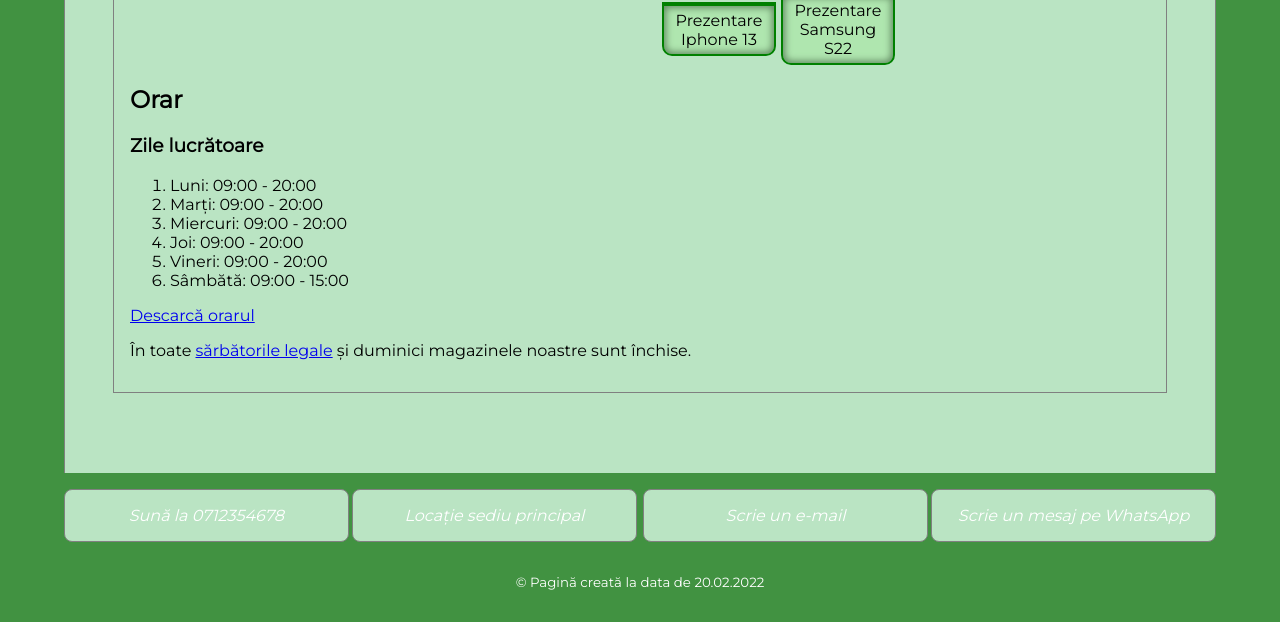
Repository: alexbanilean/Proiect-TW---ElectroHub
Page: index.html
These files come from the project's save history. The page is drawn as it stood at one moment and after the next save; the edit follows.
The browser window is 1280 px wide. The pictures show the part of the page from y = 3956 to 4578 px (the page is 4578 px tall before and 4559 px after).

Above is the page before, as saved 2022-03-06 19:27:13.

### index.html
<!DOCTYPE html>
<html lang="ro">
    <head>

        <meta charset="utf-8">
        <meta name="description" content="Universul electronicelor și electrocasnicelor la cele mai bune prețuri.">
        <meta name="keywords" content="electronice, electrocasnice, telefoane, tablete, jocuri, televizoare, smartphone">
        <meta name="author" content="Alexandru Bănilean">

        <title>ElectroHub</title>

        <link rel="apple-touch-icon" sizes="180x180" href="./resurse/ico/apple-touch-icon.png">
        <link rel="icon" type="image/png" sizes="32x32" href="./resurse/ico/favicon-32x32.png">
        <link rel="icon" type="image/png" sizes="16x16" href="./resurse/ico/favicon-16x16.png">
        <link rel="manifest" href="./resurse/ico/site.webmanifest">
        <link rel="mask-icon" href="./resurse/ico/safari-pinned-tab.svg" color="#5bbad5">
        <link rel="shortcut icon" href="./resurse/ico/favicon.ico">
        <meta name="msapplication-TileColor" content="#da532c">
        <meta name="msapplication-config" content="./resurse/ico/browserconfig.xml">
        <meta name="theme-color" content="#ffffff">

        <link rel="stylesheet" href="./resurse/css/general.css" type="text/css"/>
        <link rel="stylesheet" href="./resurse/css/general-1200.css" type="text/css" media="screen and (max-width:1200px)"/>
        <link rel="stylesheet" href="./resurse/css/general-500.css" type="text/css" media="screen and (max-width:500px)"/>
        <link rel="stylesheet" href="./resurse/css/nav.css" type="text/css"/>
        <link rel="stylesheet" href="./resurse/css/nav-500.css" type="text/css" media="screen and (max-width:500px)"/>

        <link rel="stylesheet" href="https://use.fontawesome.com/releases/v6.0.0/css/all.css">
        <link rel="preconnect" href="https://fonts.gstatic.com">
        <link href="https://fonts.googleapis.com/css?family=Montserrat" rel="stylesheet"/>

    </head>
    <body>
        <header>
            <h1>ElectroHub</h1>
        </header>

        <nav>

            <label id="hamburger" for="ch-menu">
                <img src="./resurse/imagini/hamburger_icon_alb.png" alt="menu">
            </label>
            <input id="ch-menu" type="checkbox">

            <ul class="meniu">
                <li><div class="home-button"><span class="text-home-button">Acasă</span></div>
                    <ul>
                        <li><a href="#welcome">Bine ați venit!</a></li>
                        <li><a href="#orar">Orar</a></li>
                    </ul>
                </li>
                <li><div>Despre</div>
                    <ul>
                        <li><a href="despre.html#prezentare">Prezentare</a></li>
                        <li><a href="despre.html#istoric">Istoric</a></li>
                        <li><a href="despre.html#galerie">Galerie</a></li>
                    </ul>
                </li>
                <li><div>Produse</div>
                    <ul>
                        <li><a href="#">Toate</a></li>
                        <li><a href="#">Telefoane & Tablete</a></li>
                        <li><a href="#">Laptop & Desktop</a></li>
                        <li><a href="#">TV</a></li>
                        <li><a href="#">Audio-Video & Foto</a></li>
                        <li><a href="#">Periferice</a></li>
                        <li><a href="#">Gaming, Jocuri</a></li>
                        <li><a href="#">Electrocasnice mari</a></li>
                        <li><a href="#">Electrocasnice mici</a></li>
                        <li><a href="#">Îngrijire personală</a></li>
                    </ul>
                </li>
                <li><a href="suport_clienti.html">Suport clienți</a></li>
                <li><a href="contact.html">Contact</a></li>
            </ul>
        </nav>

        <main>
            <div id="grid-pagina">
                <section id="welcome">
                    <h2>Bine ați venit!</h2>
                    <p>ElectroHub România reprezintă cel mai mare furnizor de tehnologie la nivel național,
                        oferind clienților toate produsele <b>electronice</b> și <b>electrocasnice</b> necesare, împreună cu servicii de calitate,
                        dar și tehnică de ultimă generație, de la cele mai noi <b>televizoare</b> numai bune pentru a te relaxa, până la <b>telefoane</b> mobile,
                        <b>tablete</b> și <b>jocuri</b> pentru a-i face fericiți pe cei mici și nu numai.</p>
                    <p>Scopurile urmărite de compania noastră sunt:</p>
                    <ol>
                        <li>Asigurarea serviciilor de calitate clienților noștri</li>
                        <li>Eficiență și rapiditate</li>
                        <li>Oferirea unei game variate de produse</li>
                        <li><q lang="ro" cite="https://www.postmodern.ro/articol/citate-despre-succes/">Când totul pare că e împotriva ta, amintește-ți că avioanele decolează întotdeauna împotriva vântului.</q></li>
                    </ol>

                    <figure>
                        <img sizes="(min-width:1200px) 1280px, (min-width:600px) 640px, 200px"
                            srcset="./resurse/imagini/online_shopping_large.jpg 1280w,
                                    ./resurse/imagini/online_shopping_medium.jpg 640w,
                                    ./resurse/imagini/online_shopping_small.jpg 200w"
                            src="./resurse/imagini/online_shopping_medium.jpg"
                            alt="online_shopping"
                            class="imagine_client"/>
                        <figcaption>Servicii de <em>calitate</em> și clienți mulțumiți</figcaption>
                    </figure>

                </section>

                <section id="tabel">
                    <p>Lorem ipsum dolor sit amet, consectetur adipiscing elit. Nullam aliquam odio vitae purus sagittis congue. Nullam eu facilisis felis. Suspendisse dapibus, leo id hendrerit convallis, dolor eros condimentum augue, eu luctus felis dolor sed odio. Phasellus congue tincidunt lectus, quis laoreet nibh. Nam ac nulla aliquet, dapibus eros non, dictum nulla. Donec mollis, nunc vel fringilla condimentum, enim orci varius ante, sed rutrum lectus risus et quam. Sed suscipit ac eros nec placerat. Aliquam quis urna id orci eleifend eleifend ut in sem. Fusce facilisis tristique tellus at fermentum.
                       Sed scelerisque malesuada felis eget luctus. In consectetur et lectus vel maximus. Morbi accumsan magna sed orci lobortis imperdiet. Nam sit amet risus vel lectus maximus accumsan vitae at metus. Ut convallis nisi vel tortor placerat varius. Sed pulvinar felis quis magna bibendum convallis. Praesent at arcu eget turpis viverra varius ut vel elit. Nulla cursus faucibus magna, vitae laoreet magna feugiat sit amet. Pellentesque dictum mauris lacinia, elementum tellus vitae, interdum velit. Nullam a commodo nibh. Aenean ultricies venenatis mauris. Pellentesque vel scelerisque felis. Cras gravida, sem nec laoreet bibendum, leo sapien dignissim massa, et ullamcorper sapien purus cursus ex. Phasellus consequat fringilla enim, non aliquam velit egestas lobortis.</p>
                </section>

                <section id="calendar">
                    <p>Lorem ipsum dolor sit amet, consectetur adipiscing elit. Nullam aliquam odio vitae purus sagittis congue. Nullam eu facilisis felis. Suspendisse dapibus, leo id hendrerit convallis, dolor eros condimentum augue, eu luctus felis dolor sed odio. Phasellus congue tincidunt lectus, quis laoreet nibh. Nam ac nulla aliquet, dapibus eros non, dictum nulla. Donec mollis, nunc vel fringilla condimentum, enim orci varius ante, sed rutrum lectus risus et quam. Sed suscipit ac eros nec placerat. Aliquam quis urna id orci eleifend eleifend ut in sem. Fusce facilisis tristique tellus at fermentum.
                        Sed scelerisque malesuada felis eget luctus. In consectetur et lectus vel maximus. Morbi accumsan magna sed orci lobortis imperdiet. Nam sit amet risus vel lectus maximus accumsan vitae at metus. Ut convallis nisi vel tortor placerat varius. Sed pulvinar felis quis magna bibendum convallis. Praesent at arcu eget turpis viverra varius ut vel elit. Nulla cursus faucibus magna, vitae laoreet magna feugiat sit amet. Pellentesque dictum mauris lacinia, elementum tellus vitae, interdum velit. Nullam a commodo nibh. Aenean ultricies venenatis mauris. Pellentesque vel scelerisque felis. Cras gravida, sem nec laoreet bibendum, leo sapien dignissim massa, et ullamcorper sapien purus cursus ex. Phasellus consequat fringilla enim, non aliquam velit egestas lobortis.</p>
                </section>

                <section id="anunturi">
                    <p>Lorem ipsum dolor sit amet, consectetur adipiscing elit. Nullam aliquam odio vitae purus sagittis congue. Nullam eu facilisis felis. Suspendisse dapibus, leo id hendrerit convallis, dolor eros condimentum augue, eu luctus felis dolor sed odio. Phasellus congue tincidunt lectus, quis laoreet nibh. Nam ac nulla aliquet, dapibus eros non, dictum nulla. Donec mollis, nunc vel fringilla condimentum, enim orci varius ante, sed rutrum lectus risus et quam. Sed suscipit ac eros nec placerat. Aliquam quis urna id orci eleifend eleifend ut in sem. Fusce facilisis tristique tellus at fermentum.
                        Sed scelerisque malesuada felis eget luctus. In consectetur et lectus vel maximus. Morbi accumsan magna sed orci lobortis imperdiet. Nam sit amet risus vel lectus maximus accumsan vitae at metus. Ut convallis nisi vel tortor placerat varius. Sed pulvinar felis quis magna bibendum convallis. Praesent at arcu eget turpis viverra varius ut vel elit. Nulla cursus faucibus magna, vitae laoreet magna feugiat sit amet. Pellentesque dictum mauris lacinia, elementum tellus vitae, interdum velit. Nullam a commodo nibh. Aenean ultricies venenatis mauris. Pellentesque vel scelerisque felis. Cras gravida, sem nec laoreet bibendum, leo sapien dignissim massa, et ullamcorper sapien purus cursus ex. Phasellus consequat fringilla enim, non aliquam velit egestas lobortis.</p>
                </section>

                <section id="users-list">
                    <p>Lorem ipsum dolor sit amet, consectetur adipiscing elit. Nullam aliquam odio vitae purus sagittis congue. Nullam eu facilisis felis. Suspendisse dapibus, leo id hendrerit convallis, dolor eros condimentum augue, eu luctus felis dolor sed odio. Phasellus congue tincidunt lectus, quis laoreet nibh. Nam ac nulla aliquet, dapibus eros non, dictum nulla. Donec mollis, nunc vel fringilla condimentum, enim orci varius ante, sed rutrum lectus risus et quam. Sed suscipit ac eros nec placerat. Aliquam quis urna id orci eleifend eleifend ut in sem. Fusce facilisis tristique tellus at fermentum.
                        Sed scelerisque malesuada felis eget luctus. In consectetur et lectus vel maximus. Morbi accumsan magna sed orci lobortis imperdiet. Nam sit amet risus vel lectus maximus accumsan vitae at metus. Ut convallis nisi vel tortor placerat varius. Sed pulvinar felis quis magna bibendum convallis. Praesent at arcu eget turpis viverra varius ut vel elit. Nulla cursus faucibus magna, vitae laoreet magna feugiat sit amet. Pellentesque dictum mauris lacinia, elementum tellus vitae, interdum velit. Nullam a commodo nibh. Aenean ultricies venenatis mauris. Pellentesque vel scelerisque felis. Cras gravida, sem nec laoreet bibendum, leo sapien dignissim massa, et ullamcorper sapien purus cursus ex. Phasellus consequat fringilla enim, non aliquam velit egestas lobortis.</p>
                </section>

                <section id="statistici">
                    <p>Lorem ipsum dolor sit amet, consectetur adipiscing elit. Nullam aliquam odio vitae purus sagittis congue. Nullam eu facilisis felis. Suspendisse dapibus, leo id hendrerit convallis, dolor eros condimentum augue, eu luctus felis dolor sed odio. Phasellus congue tincidunt lectus, quis laoreet nibh. Nam ac nulla aliquet, dapibus eros non, dictum nulla. Donec mollis, nunc vel fringilla condimentum, enim orci varius ante, sed rutrum lectus risus et quam. Sed suscipit ac eros nec placerat. Aliquam quis urna id orci eleifend eleifend ut in sem. Fusce facilisis tristique tellus at fermentum.
                        Sed scelerisque malesuada felis eget luctus. In consectetur et lectus vel maximus. Morbi accumsan magna sed orci lobortis imperdiet. Nam sit amet risus vel lectus maximus accumsan vitae at metus. Ut convallis nisi vel tortor placerat varius. Sed pulvinar felis quis magna bibendum convallis. Praesent at arcu eget turpis viverra varius ut vel elit. Nulla cursus faucibus magna, vitae laoreet magna feugiat sit amet. Pellentesque dictum mauris lacinia, elementum tellus vitae, interdum velit. Nullam a commodo nibh. Aenean ultricies venenatis mauris. Pellentesque vel scelerisque felis. Cras gravida, sem nec laoreet bibendum, leo sapien dignissim massa, et ullamcorper sapien purus cursus ex. Phasellus consequat fringilla enim, non aliquam velit egestas lobortis.</p>
                </section>

                <section id="date-site">
                    <p>Lorem ipsum dolor sit amet, consectetur adipiscing elit. Nullam aliquam odio vitae purus sagittis congue. Nullam eu facilisis felis. Suspendisse dapibus, leo id hendrerit convallis, dolor eros condimentum augue, eu luctus felis dolor sed odio. Phasellus congue tincidunt lectus, quis laoreet nibh. Nam ac nulla aliquet, dapibus eros non, dictum nulla. Donec mollis, nunc vel fringilla condimentum, enim orci varius ante, sed rutrum lectus risus et quam. Sed suscipit ac eros nec placerat. Aliquam quis urna id orci eleifend eleifend ut in sem. Fusce facilisis tristique tellus at fermentum.
                        Sed scelerisque malesuada felis eget luctus. In consectetur et lectus vel maximus. Morbi accumsan magna sed orci lobortis imperdiet. Nam sit amet risus vel lectus maximus accumsan vitae at metus. Ut convallis nisi vel tortor placerat varius. Sed pulvinar felis quis magna bibendum convallis. Praesent at arcu eget turpis viverra varius ut vel elit. Nulla cursus faucibus magna, vitae laoreet magna feugiat sit amet. Pellentesque dictum mauris lacinia, elementum tellus vitae, interdum velit. Nullam a commodo nibh. Aenean ultricies venenatis mauris. Pellentesque vel scelerisque felis. Cras gravida, sem nec laoreet bibendum, leo sapien dignissim massa, et ullamcorper sapien purus cursus ex. Phasellus consequat fringilla enim, non aliquam velit egestas lobortis.</p>
                </section>

                <section id="random">

                    <details>
                        <summary>Categorii de produse</summary>
                        <ol>
                            <li>Telefoane & Tablete</li>
                            <li>Laptop & Desktop</li>
                            <li>TV, Audio-Video & Foto</li>
                            <li>Periferice</li>
                            <li>Gaming, Jocuri</li>
                            <li>Electrocasnice mari</li>
                            <li>Electrocasnice mici</li>
                            <li>Îngrijire personală</li>
                        </ol>
                    </details>

                    <details>
                        <summary>Întrebări frecvente</summary>
                        <ol>
                            <li>Cum cumpăr?</li>
                            <li>Cum pot returna un produs?</li>
                            <li>Cum aflu dacă produsul meu este sau nu în garanție?</li>
                        </ol>
                    </details>

                    <section id="prezentari">
                        <h2>Prezentari</h2>
                        <p>Aici puteti vedea cele mai noi telefoane ale momentului prezentate profesionist.</p>

                        <div class="video-prezentari">
                            <div id="container-iframe">
                                <iframe name="ifr-video" width="560" height="315" src="https://www.youtube.com/embed/Awu6ZyfDeeQ"
                                allow="accelerometer; autoplay; clipboard-write; encrypted-media; gyroscope; picture-in-picture" allowfullscreen></iframe>
                            </div>

                             <div class="taburi-iframe">
                                <a href="https://www.youtube.com/embed/Awu6ZyfDeeQ" target="ifr-video">Prezentare Iphone 13</a>
                                <a href="https://www.youtube.com/embed/XTiu4o0PCxY" target="ifr-video">Prezentare Samsung S22</a>
                            </div>
                        </div>



                    </section>

                    <section id="orar">
                        <h2>Orar</h2>
                        <section>
                            <h3>Zile lucrătoare</h3>
                            <ol>
                                <li>Luni: 09:00 - 20:00</li>
                                <li>Marți: 09:00 - 20:00</li>
                                <li>Miercuri: 09:00 - 20:00</li>
                                <li>Joi: 09:00 - 20:00</li>
                                <li>Vineri: 09:00 - 20:00</li>
                                <li>Sâmbătă: 09:00 - 15:00</li>
                            </ol>

                            <a href="./resurse/imagini/orar.jpg" download="orar_ElectroHub_2022">Descarcă orarul</a>

                            <p>În toate <a href="https://www.zileliberelegale.ro/zile-libere-2022">sărbătorile legale</a> și duminici magazinele noastre sunt închise.</p>
                        </section>
                    </section>
                </section>
            </div>
        </main>

        <footer>
            <address>
                <a href="tel:+40712354678">Sună la 0712354678</a>
                <a href="https://www.google.com/maps/place/Faculty+of+Mathematics+and+Informatics+-+University+of+Bucharest/@44.4355355,26.0995867,15z/data=!4m5!3m4!1s0x0:0x493984726f0235f9!8m2!3d44.4355355!4d26.0995867">Locație sediu principal</a><br/>
                <a href="mailto::clienti.electrohub@gmail.com">Scrie un e-mail</a>
                <a href="https://api.whatsapp.com/send?phone=40712354678">Scrie un mesaj pe WhatsApp</a>
            </address>

            <a href="#" id="link-top"><div class="tooltip"><span class="tooltiptext">Înapoi în partea de sus a paginii</span></div></a>

            <p class="copyright-info"><small>&copy; Pagină creată la data de <time datetime="2022-02-20">20.02.2022</time></small></p>
        </footer>
    </body>
</html>

### resurse/css/general.css
html{
    font-size: 16px;
    font-family: 'Montserrat';
}

body{


    --c1-text: black;
}

body{
    --body-padding: 4rem;
    --pading-intern: 3rem;

    margin-top: 0;
    margin-bottom: 0;
    margin-left: 0;
    margin-right: 0;

    padding-top: 0;
    padding-bottom: 0;
    padding-left: var(--body-padding);
    padding-right: var(--body-padding);

    background-color: rgb(65, 146, 65);
    background-attachment: fixed;

    min-width: 330px;
}

h1{
    font-size: 3rem;
    font-family: 'Montserrat';
    color: white;
}

main{
    --main-border: 1px solid grey;

    background-color: rgb(186, 228, 195);
    border-left: var(--main-border);
    border-right: var(--main-border);
    padding-bottom: 2rem;

    overflow: hidden;
}

#grid-pagina{
    display: grid;

    grid-template-areas:
                        "zona-1 zona-1 zona-1 zona-1"
                        "zona-5 zona-6 zona-6 zona-7"
                        "zona-3 zona-3 zona-2 zona-2"
                        "zona-4 zona-4 zona-2 zona-2"
                        "zona-8 zona-8 zona-8 zona-8";
    grid-template-columns: 1fr 1fr 1fr 1fr;
    padding: var(--pading-intern);
    grid-gap: 1rem;
}

#grid-pagina>section{
    border: 1px solid grey;
    padding: 1rem;
}

#welcome{
    grid-area: zona-1;
}

#welcome .imagine_client{
    width: 100%;
    margin-left: auto;
    margin-right: auto;
}

#welcome figcaption{
    width: 100%;
    text-align: center;
}

#tabel{
    grid-area: zona-2;
}

#calendar{
    grid-area: zona-3;
}

#anunturi{
    grid-area: zona-4;
}

#users-list{
    grid-area: zona-5;
}

#statistici{
    grid-area: zona-6;
}

#date-site{
    grid-area: zona-7;
}

#random{
    grid-area: zona-8;
}

footer{
    background-color: rgb(65, 146, 65);
    color: white;
}

footer>address{
    display: flex;
    flex-direction: row;
    margin-top: 1rem;
    gap: 0.2rem;
}

footer>address a{
    display: flex;

    text-decoration: none;
    background-color: rgb(186, 228, 195);
    color: white;

    justify-content: center;
    align-items: center;

    border: 1px solid grey;
    border-radius: 0.5rem;

    width: 25%;
    margin: 0;
    padding: 1rem;
}

footer>.copyright-info{
    display: flex;
    flex-direction: row;
    justify-content: center;
    align-items: center;
    margin: 0;
    padding: 2rem;
}

/* Iframe + taburi */

.video-prezentari{
    position: relative;
    display: flex;
    flex-direction: column;
    align-items: center;
    align-content: center;
    min-width: 300px;
    width: 75%;
}

#container-iframe{
    box-sizing: border-box;
    display: flex;
    position: relative;
    padding-bottom: 56.25%;
    height: 0;
    width: 100%;
}

#container-iframe iframe{
    border: 4px solid green;
    padding: 0;
    top: 0;
    left: 0;
    position: absolute;
    width: 100%;
    height: 100%;
}

.taburi-iframe{
    display: flex;
    flex-direction: row;
    justify-content: right;
    align-items: center;
    width: 100%;

}

.taburi-iframe a{
    text-decoration: none;
    width: 100px;

    display: inline-block;
    border: 2px solid green;
    border-top: 4px solid green;

    border-bottom-left-radius: 10px;
    border-bottom-right-radius: 10px;
    background-color: rgb(175, 230, 175);
    color: black;

    transition: all 300ms linear;
    text-align: center;
    vertical-align: top;
    padding: 5px;

    box-shadow: 0px 0px 7px 2px inset rgb(98, 138, 98);
}

.taburi-iframe a+a{
    margin-left: 5px;

}

.taburi-iframe a:hover{
    background-color: white;
    box-shadow: none;
}

/* Link-top */

#link-top::before{
    content:'\01F839';
    font-size: 2rem;
    display: flex;
    flex-direction: column;
    justify-content: center;
    color: green;
    margin: 0;
    padding: 0;
    width: 100%;
    height: 100%;
    position: absolute;

    transform: scale(1);
    transition: 400ms linear;
    transform-origin: center center;
}

#link-top:hover::before{
    transform: scale(1.5);
    transition: 400ms linear;
    transform-origin: center center;
}

#link-top{
    position: fixed;
    display: flex;
    opacity: 0.5;

    bottom: 1rem;
    right: 1rem;
    width: 2.5rem;
    height: 2.3rem;
    background-color: white;
    border-top-left-radius: 50%;
    border-top-right-radius: 50%;
    border: 1px solid grey;
    box-shadow: 0px 0px 8px inset rgb(116, 115, 115);
    overflow: hidden;

    text-decoration: none;
    text-align: center;
}

#link-top:hover{
    opacity: 1;
    box-shadow: 0px 0px 15px inset rgb(116, 115, 115);
    transition: 400ms linear;
}


#link-top>.tooltip{
    bottom: 1rem;
    right: 1rem;
    width: 2.5rem;
    height: 2.3rem;
    position: fixed;
}

.tooltip>.tooltiptext{
    visibility: hidden;
    display: inline-block;
    width: 250px;
    background-color: white;
    color: black;
    text-align: center;
    border-radius: 10px;
    padding: 5px;

    position: absolute;
    z-index: 1;
    bottom: 0;
    right: 110%;
}

#link-top:hover>.tooltip>.tooltiptext{
    visibility: visible;
}

### resurse/css/general-1200.css
html{
    font-size: 14px;
}

body{
    --body-padding: 1.5rem;
    margin: 0;
}

#link-top{
    right: 1.7rem;
}

#link-top>.tooltip{
    right: 1.8rem;
}

nav>ul.meniu>li>div.home-button>.text-home-button{
    display: none;
}

nav>ul.meniu>li>div.home-button::before{
    padding-right: 0;
}

### resurse/css/general-500.css
html{
    font-size: 10px;
}

body{
    --body-padding: 0;
}

h1{
    text-align: center;
}

#grid-pagina{
    display: block;
}

section{
    margin-top: 1rem;
}

.taburi-iframe a{
    text-decoration: none;
    width: 75px;
}

#link-top{
    right: 0.3rem;
}

#link-top>.tooltip{
    right: 0.4rem;
}

### resurse/css/nav-500.css
#hamburger{
    display: block;
}

ul.meniu{
    display: none;
    position: absolute;
    width: 100%;
}

/* aparitie meniu */

#ch-menu:checked+ul.meniu{
    display: block;
    z-index: 2;
    position: absolute;
    transform-origin: 0 0;

    animation-name: aparitie_meniu;
    animation-iteration-count: 1;
    animation-timing-function: linear;
    animation-fill-mode: forwards;
    animation-duration: 300ms;
}

#ch-menu:checked+ul.meniu>li>div, #ch-menu:checked+ul.meniu>li>a{
    z-index: 2;
    position: relative;
}

/* display over content meniu */

nav ul.meniu li{
    width: 100%;
}

nav ul.meniu>li ul{
    position: absolute;
    width: 100%;
    z-index: 200;
}

#ch-menu:checked+ul.meniu>li ul>*{
    position: relative;
    z-index: 200;
}

nav ul.meniu>li:hover>ul{
    z-index: 200;
    animation: none;
}

/* modificari sageata + boxshadow */

nav ul.meniu>li:hover>ul li a::before{
    content: none;
}

nav ul.meniu>li:hover>ul li a:hover::before{
    animation: none;
    content: none;
}

ul.meniu>li :hover{
    box-shadow: 1px 1px 5px 1px inset white, -1px -1px 5px 1px inset white;
}

@keyframes aparitie_meniu{
    0%{transform: scale(0,0);}
    100%{transform: scale(1,1);}
}

Loaded but not shown: resurse/css/nav.css (124 lines, source omitted)

After the next save:
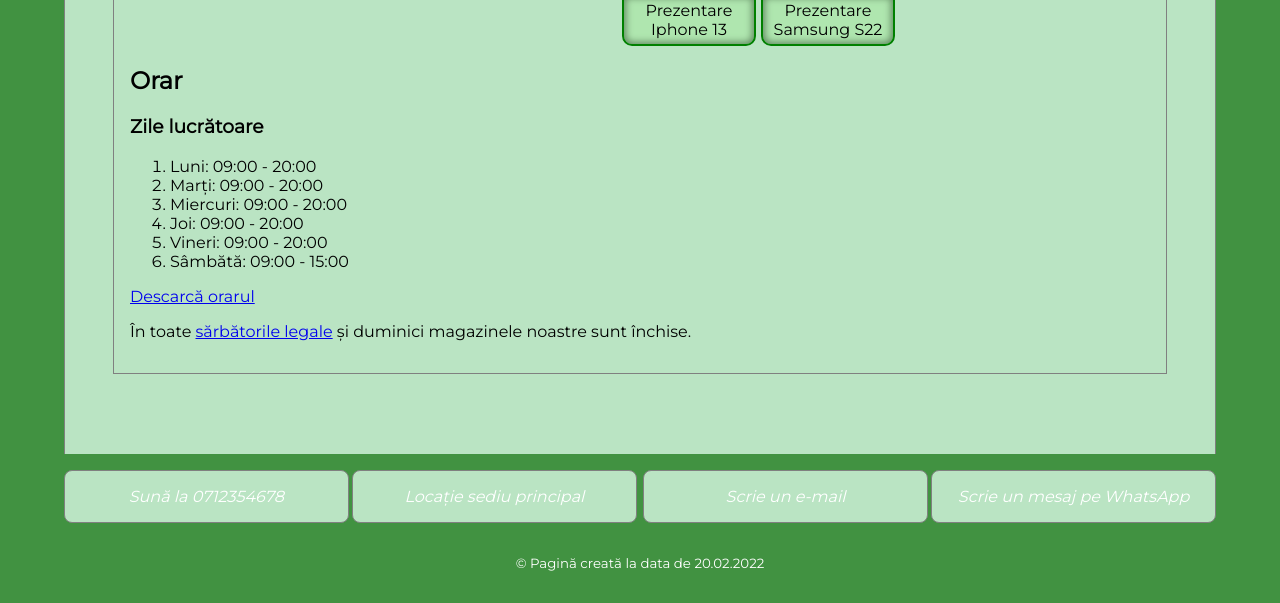
Saved 2 min 10 s later.
--- a/resurse/css/general.css
+++ b/resurse/css/general.css
@@ -189,7 +189,7 @@ footer>.copyright-info{
 
 .taburi-iframe a{
     text-decoration: none;
-    width: 100px;
+    width: 120px;
 
     display: inline-block;
     border: 2px solid green;
